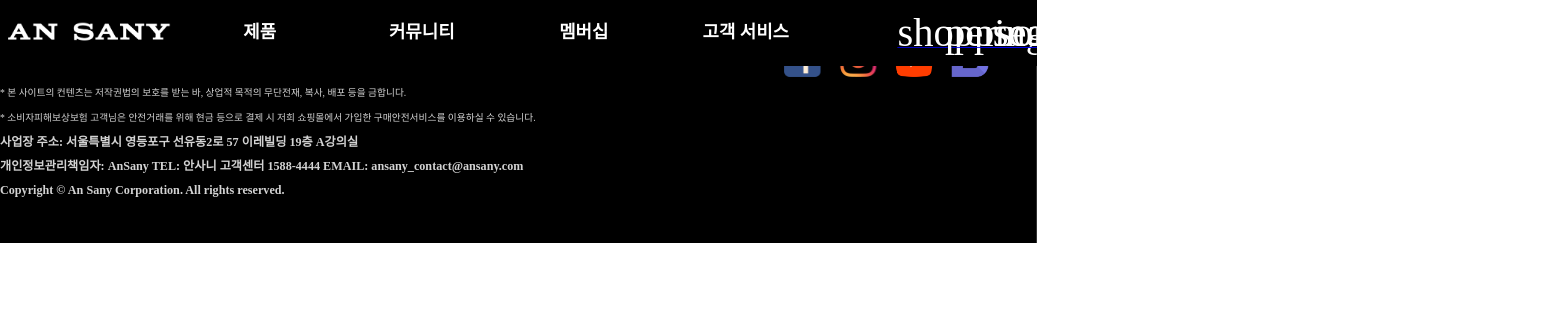
Repository: zoeshin92/semiProj_Zoe
Page: http://localhost/anSany_semiProject/
The author's editor kept a copy of each file at every save. The page is drawn from the files as they stood at one save, then again after the next save.
The browser window is 1280 px wide. The page is 1280 px wide, then 1920 px, so the pictures cover 1920 px, including what lies to the right of the window. The pictures show the whole page, at 81% of full size.
The page is served by Tomcat 9. Other server files are loaded and not shown.

Above is the page before, as saved 2022-09-16 07:08:00.

### anSany_semiProject/src/main/webapp/index.jsp
<%@ page language="java" contentType="text/html; charset=UTF-8"
    pageEncoding="UTF-8"%>
<!DOCTYPE html>
<html>
<head>
<meta charset="UTF-8">
<title>Insert title here</title>
</head>
<body>
	<%@include file="/WEB-INF/views/common/header.jsp"%>

	<%@include file="/WEB-INF/views/common/footer.jsp" %>
</body>
</html>

### anSany_semiProject/src/main/webapp/WEB-INF/views/common/header.jsp
<%@ page language="java" contentType="text/html; charset=UTF-8"
    pageEncoding="UTF-8"%>
<!DOCTYPE html>
    <link rel="stylesheet" href="/css/header.css">
    <link href="https://fonts.googleapis.com/icon?family=Material+Icons"
    rel="stylesheet">
    <script src="https://code.jquery.com/jquery-3.6.0.js"></script>
<body>
    <div class="header-body">
        <div class="header-fixed">
            <div class="header-wrap">
                <div class="header-top">
                    <div class="header-logo"><a href="/"><img src="img/logo2.png" alt=""></a></div>
                    <div class="header-navi">
                        <ul>
                            <li>
                                <a href="#">제품</a>
                                <ul>
                                    <li><a href="#">헤드폰/이어폰</a></li>
                                    <li><a href="#">스피커</a></li>
                                    <li><a href="#">턴테이블</a></li>
                                    <li><a href="#">워크맨</a></li>
                                </ul>
                            </li>
                            <li>
                                <a href="#">커뮤니티</a>
                                <ul>
                                    <li><a href="#">공지사항</a></li>
                                    <li><a href="#">구매후기</a></li>
                                    <li><a href="#">사진전</a></li>
                                    <li><a href="#">자유게시판</a></li>
                                </ul>
                            </li>
                            <li><a href="#">멤버십</a>
                                <ul>
                                    <li><a href="#">등급&혜택 안내</a></li>
                                </ul>
                            </li>
                            <li>
                                <a href="#">고객 서비스</a>
                                <ul>
                                    <li><a href="#">FAQ / Q<span>&</span>A</a></li>
                                    <li><a href="#"></a></li>
                                </ul>
                            </li>
                            <li>
                                <a href="#">직영점 안내</a>
                                <ul>
                                    <li><a href="#">찾아오시는길</a></li>
                                </ul>
                            </li>
                        </ul>
                    </div>
                    <div class="header-icon">
                        <div class="icon-wrap">
                            <div>
                                <a href="#">
                                    <span class="material-icons">shopping_cart</span>
                                </a>
                            </div>
                            <div>
                                <a href="/adminPage.do?memberId=zoeshin">
                                    <span class="material-icons">person</span>
                                </a>
                            </div>
                            <div>
                                <a href="#">
                                    <span class="material-icons">search</span>
                                </a>
                            </div>
                        </div>
                    </div>
                </div>
            </div>
        </div>
    </div>
    <script src="/js/header.js"></script>
</body>

### anSany_semiProject/src/main/webapp/WEB-INF/views/common/footer.jsp
<%@ page language="java" contentType="text/html; charset=UTF-8"
    pageEncoding="UTF-8"%>
  <link rel="stylesheet" href="/css/footer.css">
<body>
  <footer>
    <div class="footer-content">
      <div class="footer-left">
        <div class="footer-link">
          <ul>
            <li><a href="#">이용약관</a></li>
            <li><a href="#">개인정보처리방침</a></li>
            <li><a href="#">소비자 피해 보상보험</a></li>
            <li><a href="#">사이트 맵</a></li>
          </ul>
        </div>
        <p class="small-size">* 본 사이트의 컨텐츠는 저작권법의 보호를 받는 바, 상업적 목적의 무단전재, 복사, 배포 등을 금합니다.</p>
        <p class="small-size">* 소비자피해보상보험 고객님은 안전거래를 위해 현금 등으로 결제 시 저희 쇼핑몰에서 가입한 구매안전서비스를 이용하실 수 있습니다.</p>
        <p class="bold-size">사업장 주소: 서울특별시 영등포구 선유동2로 57 이레빌딩 19층 A강의실</p>
        <p class="bold-size">개인정보관리책임자: AnSany TEL: 안사니 고객센터 1588-4444 EMAIL: ansany_contact@ansany.com</p>
        <p class="bold-size">Copyright © An Sany Corporation. All rights reserved. </p>
      </div>
      <div class="footer-right">
        <div class="followus">FOLLOW US</div>
        <div class="site-logos">
          <a href="https://www.facebook.com/sonykorea" target="_blank"><img src="/img/facebook.png" class="logos"></a>
          <a href="https://www.instagram.com/sonykorea/" target="_blank"><img src="/img/instagram.png" class="logos"></a>
          <a href="https://www.youtube.com/user/sonystyleblog" target="_blank"><img src="/img/youtube.png" class="logos"></a>
          <a href="https://stylezineblog.com/?intcmp=Main_Blog" target="_blank"><img src="/img/blog.png" class="logos"></a>
        </div>
      </div>
      </div>
    </div>
  </footer>
</body>

### anSany_semiProject/src/main/webapp/css/header.css
body{
    margin: 0;
}
.header-fixed{
    position: fixed;
    width: 100%;
    background-color: black;
    height: 81px;
    margin: 0 auto;
    z-index: 1000;
}
.header-top{
    margin: 0 auto;
    background-color: black;
    width: 100%;
    max-width: 1920px;
    display: flex;
    justify-content: space-between;
    overflow: hidden;
}
.header-logo{
    background-color: black;
    height: 80px;
    width: 250px;
    line-height: 90px;
    text-align: center;
}
.header-logo>a>img{
    width: 200px;
}
.header-navi{
    background-color: black;
    height: 81px;
}
.header-navi ul{
    list-style-type: none;
    padding: 0%;
    margin: 0;
    overflow: hidden;
}
.header-navi>ul>li a{
    text-decoration: none;
    color: white;
    display: block;
    font-size: 22px;
    font-weight: 900;
}
.header-navi>ul>li>ul>li>a{
    font-size: 18px;
}
.header-navi>ul>li{
    width: 200px;
    float: left;
    text-align: center;
    line-height: 80px;
}

.header-navi>ul>li>ul{
    height: 0;
    overflow: hidden;
}
.header-navi>ul>li>ul>li{

    height: 81px;
}

.header-navi:hover>ul>li>ul{
    height: 320px;
    transition-duration: 0.3s;
}
.header-navi>ul>li>a{
    border-bottom: 1px solid transparent;
}
.header-navi>ul>li:hover>a{
    color: #5865f5;
    border-bottom: 1px solid white;

}
.header-navi>ul>li>ul>li :hover{
    color: #5865f5;
}
.header-navi>ul>li:hover>ul{
    overflow: hidden;
    background-color: rgba(255,255,255,0.05);
}
.header-icon{
    background-color: black;
    height: 80px;
    width: 200px;
}
.header-icon>div{
    display: flex;
    justify-content: space-around;
}
.header-icon>div>div>a{
    display: block;
    width: 50px;
}
.header-icon>div>div>a>span{
    font-size: 50px;
    line-height: 80px;
    color: white;
}
.header-icon span:hover{
    font-size: 50px;
    color: #5865f5;
}

### anSany_semiProject/src/main/webapp/js/header.js
$(".header-navi>ul>li a").on("mouseover",function(){
    $(".header-top").css("height","401px");
});
$(".header-navi>ul>li a").on("mouseout",function(){
    $(".header-top").css("height","81px");
});

$(".header-navi").on("mouseover",function(){
    $(".header-top").css("height","401px");
});

$(".header-navi").on("mouseout",function(){
    $(".header-top").css("height","81px");
});

### anSany_semiProject/src/main/webapp/css/footer.css
footer *{
  margin: 0;
  padding: 0;
}
footer{
  bottom: 0;
  padding: 50px 0px;
  background-color: black;
  width: 1280px;
  max-width: 1920px;
  color: lightgray;
  margin: 0 auto;
}
.footer-content{
  overflow: hidden;
}
.footer-left{
  width: 60%;
  float: left;

}
.footer-link{
  display: flex;
  font-size: 18px;
  font-weight: bold;
  margin-bottom: 20px;
}
.footer-link>ul{
  display: flex;
  list-style-type: none;
}
.footer-link>ul>li{
  line-height: 30px;
  padding: 0px 10px;
  border-right:1px solid lightgray;
}
.footer-link>ul>li:last-child{
  border-right: none;
}
.footer-link>ul>li>a{
  text-decoration: none;
  color: lightgray;
}
.footer-left p{
  line-height: 30px;
}

.small-size{
  font-size: 12px;
}
.bold-size{
  font-size: 15px;
  font-weight: bold;
}
.footer-right{
  width: 40%;
  float: left;
  overflow: hidden;
}
.logos{
  width: 45px;
  height: 45px;
}
.followus{
  font-size: 30px;
  font-weight: bold;
  float: left;
  margin-right: 20px;
}
.site-logos{
  float: left;
}
.site-logos>a{
  margin-right: 20px;
}

After the next save:
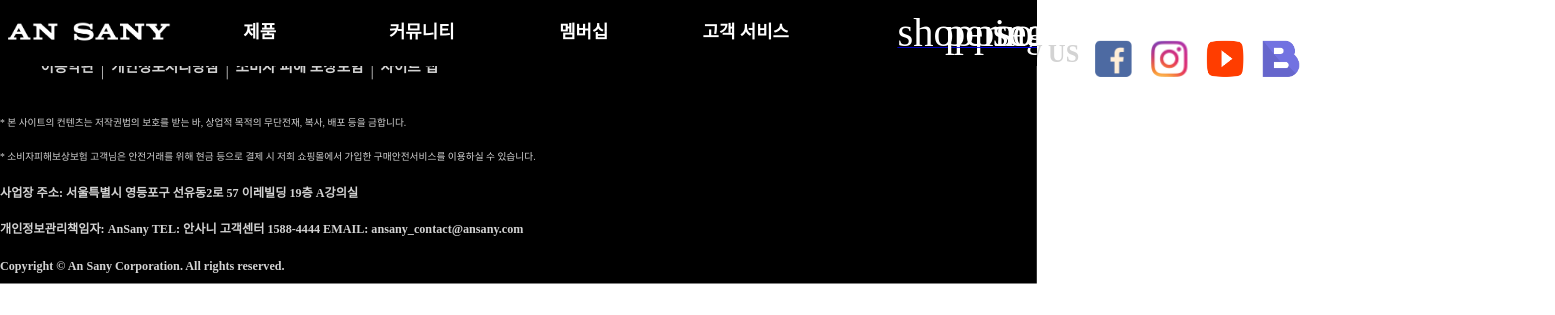
Saved 39 s later.
--- a/anSany_semiProject/src/main/webapp/css/footer.css
+++ b/anSany_semiProject/src/main/webapp/css/footer.css
@@ -1,23 +1,20 @@
-footer *{
-  margin: 0;
-  padding: 0;
-}
 footer{
+  margin: auto;
   bottom: 0;
   padding: 50px 0px;
   background-color: black;
-  width: 1280px;
-  max-width: 1920px;
+  width: 100%;
+  height: 250px;
   color: lightgray;
-  margin: 0 auto;
 }
 .footer-content{
+  width: 1920px;
+  margin: 0 auto;
   overflow: hidden;
 }
 .footer-left{
   width: 60%;
   float: left;
-
 }
 .footer-link{
   display: flex;
